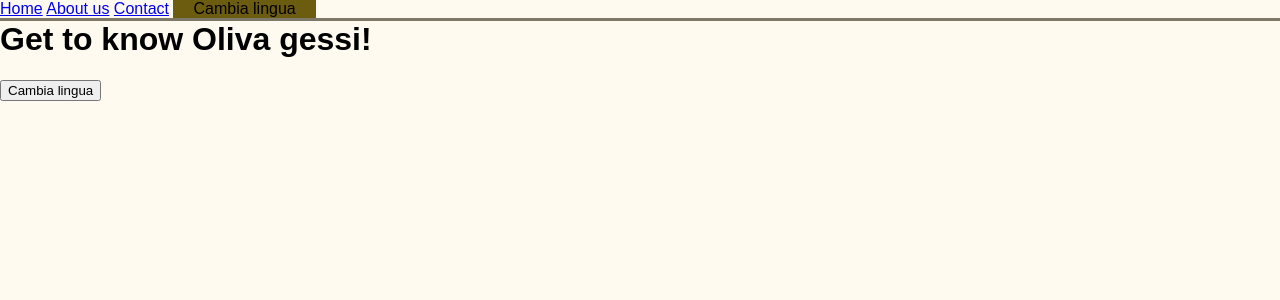
Repository: Seaside-Jokers/Oliva-gessi
Page: index.html
These files come from the project's save history. The page is drawn as it stood at one moment and after a run of saves; the edit follows.
The browser window is 1280 px wide. The pictures show the whole page.

Above is the page before, as saved 2026-02-16 19:15:16.

### index.html
<!DOCTYPE html>
<html lang="it">
<head>
    <meta charset="UTF-8">
    <title>Oliva gessi</title>
    <link rel="stylesheet" href="src/style.css">
</head>
<body>
    <nav class="navbar">
        <a href="#" data-key="home">Home</a>
        <a href="#" data-key="about">Chi siamo</a>
        <a href="#" data-key="contact">Contatti</a>
        <a onclick="changeState()" data-key="change-language" class="change-language">
            Cambia lingua</a>
    </nav>

    <h1 data-key="titolo">Vieni a conoscere Oliva Gessi!</h1>
    <button onclick="changeState()" type="button">Cambia lingua</button>

    <!-- - - - - - - - - - - - - - - - - - - - - - - - - - - - - - - - - - - - -->
    <!--                              DO NOT TOUCH                             -->
    <!-- - - - - - - - - - - - - - - - - - - - - - - - - - - - - - - - - - - - -->
    <script src="src/database_testo.js"></script>
    <script src="src/color_scheme.js"></script>
</body>

<!-- TODO: leggi questo commento e poi eliminalo per favore: quando vuoi aggiungere un nuovo testo modificalo in src/database_testo.js -->
</html>

### src/style.css
body {
  font-family: 'Montserrat', sans-serif;
  margin: 0;
  padding: 0;
  background-color: var(--colors-background);
}
.navbar {
  overflow: hidden;
  background-color: var(--colors-surface);
  outline: 3px solid var(--colors-outline);
  position: fixed;
  top: 0;
  width: 100%;
}

.change-language {
    background-color: var(--colors-primary);
    color: var(--colors-onPrimary);
    border: none;
    padding: 10px 20px;
    cursor: pointer;
    font-size: 16px;
    margin: 10px;
    margin-left: 0px;
}

/*
    Fonts: https://ctrl-z.it/9-font-architettura-tavole-portfolio https://material-f/
    Design:oundation.github.io/material-theme-builder/
    Fonts: Playfair Display (titoli), Montserrat (testo normale)
*/

### src/database_testo.js
const traduzioni = {
    "it": {
        titolo: "Vieni a conoscere Oliva gessi!",
        home: "Home",
        about: "Chi siamo",
        contact: "Contatti"
    },
    "en": {
        titolo: "Get to know Oliva gessi!",
        home: "Home",
        about: "About us",
        contact: "Contact"
    }
}



/* -------------------------------------------------------------------------- */
/*                                DO NOT TOUCH                                */
/* -------------------------------------------------------------------------- */
var state =  getDefaultLang();

function aggiornaInterfaccia() {
    const elementi = document.querySelectorAll('[data-key]');

    elementi.forEach(el => {
        const chiave = el.getAttribute('data-key');
        const testoTradotto = traduzioni[state][chiave];

        if (testoTradotto) {
            el.textContent = testoTradotto;
        }
    });
}

/* -------------------------------------------------------------------------- */
/*                            Cambiamenti di stato                            */
/* -------------------------------------------------------------------------- */
function getDefaultLang() {
    if(navigator.language.substring(0, 2) === "en")
        return "en";

    return "it";
}
function defaultState() {
    state = getDefaultLang();
    aggiornaInterfaccia();
    return true;
}
function changeStateTo(_state) {
    if(_state !== "it" && _state !== "en") {
        defaultState();
        return;
    }
    state = _state;
    aggiornaInterfaccia();
}
function changeState() {
    if(state === "it")
        changeStateTo("en");
    else
        changeStateTo("it");
}

document.addEventListener("DOMContentLoaded", aggiornaInterfaccia);

### src/color_scheme.js
const ThemeManager = (() => {
    const colorScheme = {
        "light": {
            "primary": "hsl(50, 76%, 24%)",
            "surfaceTint": "hsl(50, 76%, 24%)",
            "onPrimary": "hsl(0, 0%, 100%)",
            "primaryContainer": "hsl(48, 89%, 75%)",
            "onPrimaryContainer": "hsl(51, 100%, 16%)",
            "secondary": "hsl(47, 23%, 33%)",
            "onSecondary": "hsl(0, 0%, 100%)",
            "secondaryContainer": "hsl(46, 60%, 84%)",
            "onSecondaryContainer": "hsl(48, 30%, 24%)",
            "tertiary": "hsl(139, 21%, 33%)",
            "onTertiary": "hsl(0, 0%, 100%)",
            "tertiaryContainer": "hsl(134, 51%, 85%)",
            "onTertiaryContainer": "hsl(141, 28%, 24%)",
            "error": "hsl(0, 75%, 42%)",
            "onError": "hsl(0, 0%, 100%)",
            "errorContainer": "hsl(6, 100%, 92%)",
            "onErrorContainer": "hsl(356, 100%, 29%)",
            "background": "hsl(39, 100%, 97%)",
            "onBackground": "hsl(44, 22%, 10%)",
            "surface": "hsl(39, 100%, 97%)",
            "onSurface": "hsl(44, 22%, 10%)",
            "surfaceVariant": "hsl(42, 38%, 87%)",
            "onSurfaceVariant": "hsl(47, 14%, 26%)",
            "outline": "hsl(46, 9%, 45%)",
            "outlineVariant": "hsl(43, 20%, 75%)",
            "shadow": "hsl(0, 0%, 0%)",
            "scrim": "hsl(0, 0%, 0%)",
            "inverseSurface": "hsl(45, 13%, 18%)",
            "inverseOnSurface": "hsl(40, 57%, 93%)",
            "inversePrimary": "hsl(48, 60%, 65%)",
            "primaryFixed": "hsl(48, 89%, 75%)",
            "onPrimaryFixed": "hsl(48, 100%, 7%)",
            "primaryFixedDim": "hsl(48, 60%, 65%)",
            "onPrimaryFixedVariant": "hsl(51, 100%, 16%)",
            "secondaryFixed": "hsl(46, 60%, 84%)",
            "onSecondaryFixed": "hsl(48, 78%, 7%)",
            "secondaryFixedDim": "hsl(46, 34%, 73%)",
            "onSecondaryFixedVariant": "hsl(48, 30%, 24%)",
            "tertiaryFixed": "hsl(134, 51%, 85%)",
            "onTertiaryFixed": "hsl(147, 100%, 6%)",
            "tertiaryFixedDim": "hsl(135, 29%, 74%)",
            "onTertiaryFixedVariant": "hsl(141, 28%, 24%)",
            "surfaceDim": "hsl(39, 24%, 84%)",
            "surfaceBright": "hsl(39, 100%, 97%)",
            "surfaceContainerLowest": "hsl(0, 0%, 100%)",
            "surfaceContainerLow": "hsl(40, 68%, 94%)",
            "surfaceContainer": "hsl(40, 49%, 92%)",
            "surfaceContainerHigh": "hsl(42, 37%, 89%)",
            "surfaceContainerHighest": "hsl(42, 30%, 87%)"
        },
        "light-medium-contrast": {
            "primary": "hsl(51, 100%, 13%)",
            "surfaceTint": "hsl(50, 76%, 24%)",
            "onPrimary": "hsl(0, 0%, 100%)",
            "primaryContainer": "hsl(49, 61%, 30%)",
            "onPrimaryContainer": "hsl(0, 0%, 100%)",
            "secondary": "hsl(49, 38%, 17%)",
            "onSecondary": "hsl(0, 0%, 100%)",
            "secondaryContainer": "hsl(48, 20%, 38%)",
            "onSecondaryContainer": "hsl(0, 0%, 100%)",
            "tertiary": "hsl(143, 39%, 17%)",
            "onTertiary": "hsl(0, 0%, 100%)",
            "tertiaryContainer": "hsl(139, 18%, 39%)",
            "onTertiaryContainer": "hsl(0, 0%, 100%)",
            "error": "hsl(357, 100%, 23%)",
            "onError": "hsl(0, 0%, 100%)",
            "errorContainer": "hsl(2, 68%, 48%)",
            "onErrorContainer": "hsl(0, 0%, 100%)",
            "background": "hsl(39, 100%, 97%)",
            "onBackground": "hsl(44, 22%, 10%)",
            "surface": "hsl(39, 100%, 97%)",
            "onSurface": "hsl(48, 36%, 5%)",
            "surfaceVariant": "hsl(42, 38%, 87%)",
            "onSurfaceVariant": "hsl(46, 17%, 19%)",
            "outline": "hsl(44, 12%, 30%)",
            "outlineVariant": "hsl(45, 10%, 41%)",
            "shadow": "hsl(0, 0%, 0%)",
            "scrim": "hsl(0, 0%, 0%)",
            "inverseSurface": "hsl(45, 13%, 18%)",
            "inverseOnSurface": "hsl(40, 57%, 93%)",
            "inversePrimary": "hsl(48, 60%, 65%)",
            "primaryFixed": "hsl(49, 61%, 30%)",
            "onPrimaryFixed": "hsl(0, 0%, 100%)",
            "primaryFixedDim": "hsl(51, 94%, 20%)",
            "onPrimaryFixedVariant": "hsl(0, 0%, 100%)",
            "secondaryFixed": "hsl(48, 20%, 38%)",
            "onSecondaryFixed": "hsl(0, 0%, 100%)",
            "secondaryFixedDim": "hsl(49, 25%, 29%)",
            "onSecondaryFixedVariant": "hsl(0, 0%, 100%)",
            "tertiaryFixed": "hsl(139, 18%, 39%)",
            "onTertiaryFixed": "hsl(0, 0%, 100%)",
            "tertiaryFixedDim": "hsl(139, 23%, 29%)",
            "onTertiaryFixedVariant": "hsl(0, 0%, 100%)",
            "surfaceDim": "hsl(41, 16%, 76%)",
            "surfaceBright": "hsl(39, 100%, 97%)",
            "surfaceContainerLowest": "hsl(0, 0%, 100%)",
            "surfaceContainerLow": "hsl(40, 68%, 94%)",
            "surfaceContainer": "hsl(42, 37%, 89%)",
            "surfaceContainerHigh": "hsl(39, 26%, 85%)",
            "surfaceContainerHighest": "hsl(41, 19%, 81%)"
        },
        "light-high-contrast": {
            "primary": "hsl(50, 100%, 10%)",
            "surfaceTint": "hsl(50, 76%, 24%)",
            "onPrimary": "hsl(0, 0%, 100%)",
            "primaryContainer": "hsl(50, 100%, 17%)",
            "onPrimaryContainer": "hsl(0, 0%, 100%)",
            "secondary": "hsl(49, 47%, 13%)",
            "onSecondary": "hsl(0, 0%, 100%)",
            "secondaryContainer": "hsl(48, 28%, 25%)",
            "onSecondaryContainer": "hsl(0, 0%, 100%)",
            "tertiary": "hsl(146, 52%, 13%)",
            "onTertiary": "hsl(0, 0%, 100%)",
            "tertiaryContainer": "hsl(141, 27%, 25%)",
            "onTertiaryContainer": "hsl(0, 0%, 100%)",
            "error": "hsl(357, 100%, 19%)",
            "onError": "hsl(0, 0%, 100%)",
            "errorContainer": "hsl(356, 100%, 30%)",
            "onErrorContainer": "hsl(0, 0%, 100%)",
            "background": "hsl(39, 100%, 97%)",
            "onBackground": "hsl(44, 22%, 10%)",
            "surface": "hsl(39, 100%, 97%)",
            "onSurface": "hsl(0, 0%, 0%)",
            "surfaceVariant": "hsl(42, 38%, 87%)",
            "onSurfaceVariant": "hsl(0, 0%, 0%)",
            "outline": "hsl(48, 19%, 15%)",
            "outlineVariant": "hsl(47, 13%, 27%)",
            "shadow": "hsl(0, 0%, 0%)",
            "scrim": "hsl(0, 0%, 0%)",
            "inverseSurface": "hsl(45, 13%, 18%)",
            "inverseOnSurface": "hsl(0, 0%, 100%)",
            "inversePrimary": "hsl(48, 60%, 65%)",
            "primaryFixed": "hsl(50, 100%, 17%)",
            "onPrimaryFixed": "hsl(0, 0%, 100%)",
            "primaryFixedDim": "hsl(50, 100%, 12%)",
            "onPrimaryFixedVariant": "hsl(0, 0%, 100%)",
            "secondaryFixed": "hsl(48, 28%, 25%)",
            "onSecondaryFixed": "hsl(0, 0%, 100%)",
            "secondaryFixedDim": "hsl(49, 41%, 16%)",
            "onSecondaryFixedVariant": "hsl(0, 0%, 100%)",
            "tertiaryFixed": "hsl(141, 27%, 25%)",
            "onTertiaryFixed": "hsl(0, 0%, 100%)",
            "tertiaryFixedDim": "hsl(145, 43%, 16%)",
            "onTertiaryFixedVariant": "hsl(0, 0%, 100%)",
            "surfaceDim": "hsl(41, 13%, 71%)",
            "surfaceBright": "hsl(39, 100%, 97%)",
            "surfaceContainerLowest": "hsl(0, 0%, 100%)",
            "surfaceContainerLow": "hsl(40, 57%, 93%)",
            "surfaceContainer": "hsl(42, 30%, 87%)",
            "surfaceContainerHigh": "hsl(42, 21%, 82%)",
            "surfaceContainerHighest": "hsl(41, 16%, 76%)"
        },
        "dark": {
            "primary": "hsl(48, 60%, 65%)",
            "surfaceTint": "hsl(48, 60%, 65%)",
            "onPrimary": "hsl(50, 100%, 11%)",
            "primaryContainer": "hsl(51, 100%, 16%)",
            "onPrimaryContainer": "hsl(48, 89%, 75%)",
            "secondary": "hsl(46, 34%, 73%)",
            "onSecondary": "hsl(49, 42%, 15%)",
            "secondaryContainer": "hsl(48, 30%, 24%)",
            "onSecondaryContainer": "hsl(46, 60%, 84%)",
            "tertiary": "hsl(135, 29%, 74%)",
            "onTertiary": "hsl(146, 47%, 15%)",
            "tertiaryContainer": "hsl(141, 28%, 24%)",
            "onTertiaryContainer": "hsl(134, 51%, 85%)",
            "error": "hsl(6, 100%, 84%)",
            "onError": "hsl(357, 100%, 21%)",
            "errorContainer": "hsl(356, 100%, 29%)",
            "onErrorContainer": "hsl(6, 100%, 92%)",
            "background": "hsl(48, 31%, 6%)",
            "onBackground": "hsl(42, 30%, 87%)",
            "surface": "hsl(48, 31%, 6%)",
            "onSurface": "hsl(42, 30%, 87%)",
            "surfaceVariant": "hsl(47, 14%, 26%)",
            "onSurfaceVariant": "hsl(43, 20%, 75%)",
            "outline": "hsl(44, 9%, 55%)",
            "outlineVariant": "hsl(47, 14%, 26%)",
            "shadow": "hsl(0, 0%, 0%)",
            "scrim": "hsl(0, 0%, 0%)",
            "inverseSurface": "hsl(42, 30%, 87%)",
            "inverseOnSurface": "hsl(45, 13%, 18%)",
            "inversePrimary": "hsl(50, 76%, 24%)",
            "primaryFixed": "hsl(48, 89%, 75%)",
            "onPrimaryFixed": "hsl(48, 100%, 7%)",
            "primaryFixedDim": "hsl(48, 60%, 65%)",
            "onPrimaryFixedVariant": "hsl(51, 100%, 16%)",
            "secondaryFixed": "hsl(46, 60%, 84%)",
            "onSecondaryFixed": "hsl(48, 78%, 7%)",
            "secondaryFixedDim": "hsl(46, 34%, 73%)",
            "onSecondaryFixedVariant": "hsl(48, 30%, 24%)",
            "tertiaryFixed": "hsl(134, 51%, 85%)",
            "onTertiaryFixed": "hsl(147, 100%, 6%)",
            "tertiaryFixedDim": "hsl(135, 29%, 74%)",
            "onTertiaryFixedVariant": "hsl(141, 28%, 24%)",
            "surfaceDim": "hsl(48, 31%, 6%)",
            "surfaceBright": "hsl(45, 11%, 21%)",
            "surfaceContainerLowest": "hsl(47, 39%, 5%)",
            "surfaceContainerLow": "hsl(44, 22%, 10%)",
            "surfaceContainer": "hsl(49, 19%, 11%)",
            "surfaceContainerHigh": "hsl(45, 15%, 15%)",
            "surfaceContainerHighest": "hsl(46, 13%, 19%)"
        },
        "dark-medium-contrast": {
            "primary": "hsl(48, 81%, 73%)",
            "surfaceTint": "hsl(48, 60%, 65%)",
            "onPrimary": "hsl(49, 100%, 9%)",
            "primaryContainer": "hsl(49, 44%, 44%)",
            "onPrimaryContainer": "hsl(0, 0%, 0%)",
            "secondary": "hsl(46, 52%, 81%)",
            "onSecondary": "hsl(48, 56%, 11%)",
            "secondaryContainer": "hsl(47, 18%, 52%)",
            "onSecondaryContainer": "hsl(0, 0%, 0%)",
            "tertiary": "hsl(134, 44%, 83%)",
            "onTertiary": "hsl(147, 69%, 10%)",
            "tertiaryContainer": "hsl(137, 15%, 53%)",
            "onTertiaryContainer": "hsl(0, 0%, 0%)",
            "error": "hsl(7, 100%, 90%)",
            "onError": "hsl(358, 100%, 16%)",
            "errorContainer": "hsl(4, 100%, 64%)",
            "onErrorContainer": "hsl(0, 0%, 0%)",
            "background": "hsl(48, 31%, 6%)",
            "onBackground": "hsl(42, 30%, 87%)",
            "surface": "hsl(48, 31%, 6%)",
            "onSurface": "hsl(0, 0%, 100%)",
            "surfaceVariant": "hsl(47, 14%, 26%)",
            "onSurfaceVariant": "hsl(43, 31%, 84%)",
            "outline": "hsl(42, 14%, 67%)",
            "outlineVariant": "hsl(44, 9%, 55%)",
            "shadow": "hsl(0, 0%, 0%)",
            "scrim": "hsl(0, 0%, 0%)",
            "inverseSurface": "hsl(42, 30%, 87%)",
            "inverseOnSurface": "hsl(45, 15%, 15%)",
            "inversePrimary": "hsl(50, 100%, 17%)",
            "primaryFixed": "hsl(48, 89%, 75%)",
            "onPrimaryFixed": "hsl(46, 100%, 4%)",
            "primaryFixedDim": "hsl(48, 60%, 65%)",
            "onPrimaryFixedVariant": "hsl(51, 100%, 13%)",
            "secondaryFixed": "hsl(46, 60%, 84%)",
            "onSecondaryFixed": "hsl(46, 100%, 4%)",
            "secondaryFixedDim": "hsl(46, 34%, 73%)",
            "onSecondaryFixedVariant": "hsl(49, 38%, 17%)",
            "tertiaryFixed": "hsl(134, 51%, 85%)",
            "onTertiaryFixed": "hsl(143, 100%, 4%)",
            "tertiaryFixedDim": "hsl(135, 29%, 74%)",
            "onTertiaryFixedVariant": "hsl(143, 39%, 17%)",
            "surfaceDim": "hsl(48, 31%, 6%)",
            "surfaceBright": "hsl(43, 11%, 25%)",
            "surfaceContainerLowest": "hsl(40, 50%, 2%)",
            "surfaceContainerLow": "hsl(44, 21%, 10%)",
            "surfaceContainer": "hsl(49, 15%, 14%)",
            "surfaceContainerHigh": "hsl(45, 13%, 18%)",
            "surfaceContainerHighest": "hsl(42, 11%, 23%)"
        },
        "dark-high-contrast": {
            "primary": "hsl(47, 100%, 86%)",
            "surfaceTint": "hsl(48, 60%, 65%)",
            "onPrimary": "hsl(0, 0%, 0%)",
            "primaryContainer": "hsl(48, 57%, 63%)",
            "onPrimaryContainer": "hsl(44, 100%, 3%)",
            "secondary": "hsl(46, 89%, 89%)",
            "onSecondary": "hsl(0, 0%, 0%)",
            "secondaryContainer": "hsl(46, 32%, 71%)",
            "onSecondaryContainer": "hsl(44, 100%, 3%)",
            "tertiary": "hsl(134, 80%, 90%)",
            "onTertiary": "hsl(0, 0%, 0%)",
            "tertiaryContainer": "hsl(135, 28%, 72%)",
            "onTertiaryContainer": "hsl(140, 100%, 3%)",
            "error": "hsl(8, 100%, 96%)",
            "onError": "hsl(0, 0%, 0%)",
            "errorContainer": "hsl(7, 100%, 82%)",
            "onErrorContainer": "hsl(358, 100%, 7%)",
            "background": "hsl(48, 31%, 6%)",
            "onBackground": "hsl(42, 30%, 87%)",
            "surface": "hsl(48, 31%, 6%)",
            "onSurface": "hsl(0, 0%, 100%)",
            "surfaceVariant": "hsl(47, 14%, 26%)",
            "onSurfaceVariant": "hsl(0, 0%, 100%)",
            "outline": "hsl(42, 62%, 92%)",
            "outlineVariant": "hsl(42, 18%, 74%)",
            "shadow": "hsl(0, 0%, 0%)",
            "scrim": "hsl(0, 0%, 0%)",
            "inverseSurface": "hsl(42, 30%, 87%)",
            "inverseOnSurface": "hsl(0, 0%, 0%)",
            "inversePrimary": "hsl(50, 100%, 17%)",
            "primaryFixed": "hsl(48, 89%, 75%)",
            "onPrimaryFixed": "hsl(0, 0%, 0%)",
            "primaryFixedDim": "hsl(48, 60%, 65%)",
            "onPrimaryFixedVariant": "hsl(46, 100%, 4%)",
            "secondaryFixed": "hsl(46, 60%, 84%)",
            "onSecondaryFixed": "hsl(0, 0%, 0%)",
            "secondaryFixedDim": "hsl(46, 34%, 73%)",
            "onSecondaryFixedVariant": "hsl(46, 100%, 4%)",
            "tertiaryFixed": "hsl(134, 51%, 85%)",
            "onTertiaryFixed": "hsl(0, 0%, 0%)",
            "tertiaryFixedDim": "hsl(135, 29%, 74%)",
            "onTertiaryFixedVariant": "hsl(143, 100%, 4%)",
            "surfaceDim": "hsl(48, 31%, 6%)",
            "surfaceBright": "hsl(46, 8%, 30%)",
            "surfaceContainerLowest": "hsl(0, 0%, 0%)",
            "surfaceContainerLow": "hsl(49, 19%, 11%)",
            "surfaceContainer": "hsl(45, 13%, 18%)",
            "surfaceContainerHigh": "hsl(45, 11%, 22%)",
            "surfaceContainerHighest": "hsl(46, 10%, 26%)"
        }
    };

    let currentColorScheme = null;
    const STORAGE_KEY = 'user-color-scheme';
    const listeners = [];

    /**
     * Estrae il livello di contrasto dallo schema corrente
     * @param {string} scheme - Nome dello schema (es. 'dark-high-contrast')
     * @returns {string} Il livello di contrasto ('', 'medium-contrast', 'high-contrast')
     */
    function getContrastLevel(scheme) {
        if (scheme.includes('high-contrast')) return 'high-contrast';
        if (scheme.includes('medium-contrast')) return 'medium-contrast';
        return '';
    }

    /**
     * Ottiene lo schema colore preferito dal sistema operativo
     * @returns {string} 'dark' o 'light'
     */
    function getBrowserColorScheme() {
        if (window.matchMedia?.('(prefers-color-scheme: dark)').matches) {
            return 'dark';
        }
        return 'light';
    }

    /**
     * Aggiorna le variabili CSS con i colori dello schema corrente
     */
    function updateThemeColors() {
        const colors = colorScheme[currentColorScheme];
        if (!colors) {
            console.error(`Impossibile trovare i colori per lo schema: ${currentColorScheme}`);
            return;
        }

        const root = document.documentElement;

        // Applica ogni colore come variabile CSS
        for (const [key, value] of Object.entries(colors)) {
            const cssVarName = key.replace(/([A-Z])/g, '-$1').toLowerCase();
            root.style.setProperty(`--colors-${cssVarName}`, value);
        }

        // Notifica i listener del cambio tema
        notifyListeners(currentColorScheme);
    }

    /**
     * Cambia lo schema colore
     * @param {string} scheme - Nome dello schema da applicare
     * @returns {boolean} True se il cambio è avvenuto con successo
     */
    function changeColorScheme(scheme) {
        if (!colorScheme[scheme]) {
            console.error(`Schema colore non valido: ${scheme}`);
            return false;
        }

        currentColorScheme = scheme;
        updateThemeColors();

        // Salva la preferenza in localStorage
        try {
            localStorage.setItem(STORAGE_KEY, scheme);
        } catch (e) {
            console.warn('Impossibile salvare le preferenze tema:', e);
        }

        return true;
    }

    /**
     * Alterna tra modalità chiara e scura mantenendo il livello di contrasto
     */
    function toggleLightDark() {
        const isDark = currentColorScheme.startsWith('dark');
        const contrastLevel = getContrastLevel(currentColorScheme);

        const newScheme = isDark
            ? (contrastLevel ? `light-${contrastLevel}` : 'light')
            : (contrastLevel ? `dark-${contrastLevel}` : 'dark');

        changeColorScheme(newScheme);
    }

    /**
     * Imposta lo schema colore con livello di contrasto opzionale
     * @param {string} scheme - 'light' o 'dark'
     * @param {string} contrastLevel - '', 'medium-contrast' o 'high-contrast'
     */
    function setColorScheme(scheme, contrastLevel = '') {
        const fullScheme = contrastLevel ? `${scheme}-${contrastLevel}` : scheme;
        changeColorScheme(fullScheme);
    }

    /**
     * Registra un listener per i cambiamenti di tema
     * @param {Function} callback - Funzione chiamata quando il tema cambia
     * @returns {Function} Funzione per rimuovere il listener
     */
    function addThemeChangeListener(callback) {
        if (typeof callback !== 'function') {
            console.error('Il listener deve essere una funzione');
            return () => {};
        }

        listeners.push(callback);

        // Restituisce funzione per rimuovere il listener
        return () => {
            const index = listeners.indexOf(callback);
            if (index > -1) {
                listeners.splice(index, 1);
            }
        };
    }

    /**
     * Notifica tutti i listener del cambio tema
     * @param {string} newScheme - Il nuovo schema applicato
     */
    function notifyListeners(newScheme) {
        listeners.forEach(callback => {
            try {
                callback(newScheme);
            } catch (e) {
                console.error('Errore nel listener del tema:', e);
            }
        });
    }

    /**
     * Resetta le preferenze salvate e torna allo schema di sistema
     */
    function resetToSystemPreference() {
        try {
            localStorage.removeItem(STORAGE_KEY);
        } catch (e) {
            console.warn('Impossibile rimuovere le preferenze salvate:', e);
        }

        const systemScheme = getBrowserColorScheme();
        changeColorScheme(systemScheme);
    }

    /**
     * Ottiene tutti gli schemi disponibili
     * @returns {string[]} Array con i nomi di tutti gli schemi disponibili
     */
    function getAvailableSchemes() {
        return Object.keys(colorScheme);
    }

    /**
     * Verifica se lo schema corrente è scuro
     * @returns {boolean} True se il tema corrente è scuro
     */
    function isDarkMode() {
        return currentColorScheme?.startsWith('dark') ?? false;
    }

    /**
     * Inizializza il sistema di gestione temi
     */
    function init() {
        // 1. Cerca una preferenza salvata
        let savedScheme = null;
        try {
            savedScheme = localStorage.getItem(STORAGE_KEY);
        } catch (e) {
            console.warn('Impossibile leggere le preferenze tema:', e);
        }

        // 2. Usa quella salvata se valida, altrimenti usa quella del sistema
        const initialScheme = savedScheme && colorScheme[savedScheme]
            ? savedScheme
            : getBrowserColorScheme();

        changeColorScheme(initialScheme);

        // 3. Ascolta i cambiamenti di preferenza di sistema
        const mediaQuery = window.matchMedia?.('(prefers-color-scheme: dark)');
        if (mediaQuery) {
            mediaQuery.addEventListener('change', (e) => {
                // Aggiorna solo se non c'è una preferenza salvata dall'utente
                try {
                    const hasSavedPreference = localStorage.getItem(STORAGE_KEY);
                    if (!hasSavedPreference) {
                        const systemScheme = e.matches ? 'dark' : 'light';
                        const contrastLevel = getContrastLevel(currentColorScheme);
                        setColorScheme(systemScheme, contrastLevel);
                    }
                } catch (err) {
                    console.warn('Errore nella gestione del cambio tema di sistema:', err);
                }
            });
        }
    }

    // Espone l'API pubblica
    return {
        init,
        changeColorScheme,
        toggleLightDark,
        setColorScheme,
        getCurrentScheme: () => currentColorScheme,
        getAvailableSchemes,
        isDarkMode,
        addThemeChangeListener,
        resetToSystemPreference
    };
})();

// Inizializza automaticamente quando il DOM è pronto
if (document.readyState === 'loading') {
    document.addEventListener('DOMContentLoaded', ThemeManager.init);
} else {
    ThemeManager.init();
}

After the next 2 saves:
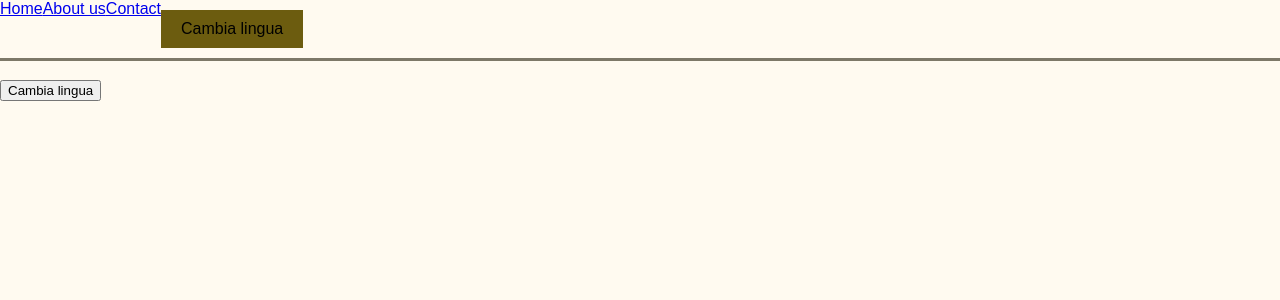
The 2 saves are shown as one change because they came seconds apart.
The last was saved 24 s later.
--- a/src/style.css
+++ b/src/style.css
@@ -5,11 +5,12 @@ body {
   background-color: var(--colors-background);
 }
 .navbar {
-  overflow: hidden;
-  background-color: var(--colors-surface);
-  outline: 3px solid var(--colors-outline);
-  position: fixed;
-  top: 0;
+    display: flex;
+    overflow: hidden;
+    background-color: var(--colors-surface);
+    outline: 3px solid var(--colors-outline);
+    position: fixed;
+    top: 0;
   width: 100%;
 }
 
